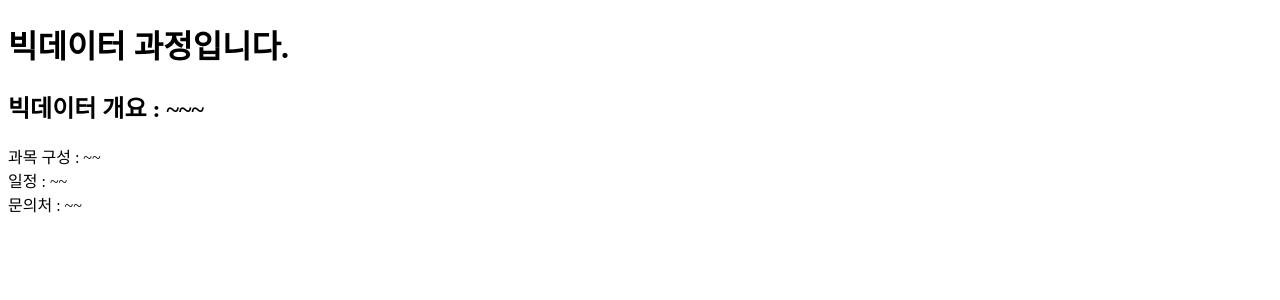
Repository: ybshim90/sesac1
Page: day_20211216_03_hello/src/main/webapp/hello.html
An editor plug-in stored every save of this project. The page is shown before and after the next save, followed by the edit.
The browser window is 1280 px wide. The pictures show the whole page.

Above is the page before, as saved 2021-12-16 07:30:17.

After the next save:
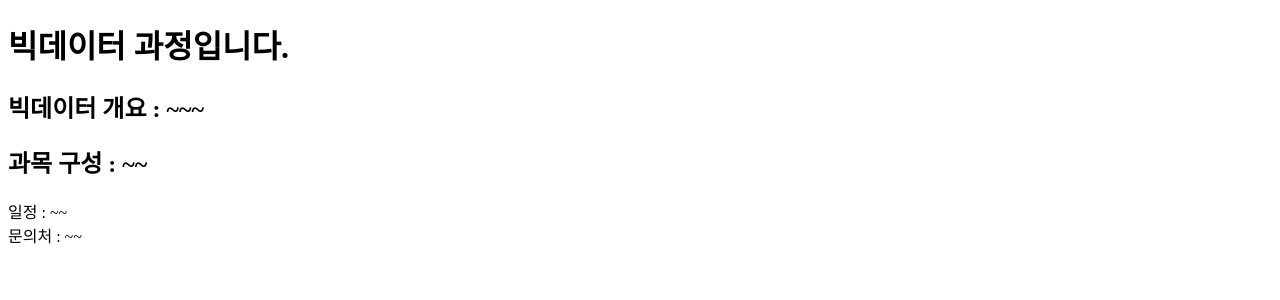
Saved 4 min 36 s later.
--- a/day_20211216_03_hello/src/main/webapp/hello.html
+++ b/day_20211216_03_hello/src/main/webapp/hello.html
@@ -7,7 +7,7 @@
 	<body>
 		<h1>빅데이터 과정입니다.</h1>
 		<h2>빅데이터 개요 : ~~~</h2>
-		과목 구성 : ~~<br>
+		<h2>과목 구성 : ~~</h2>
 		일정 : ~~<br>
 		문의처 : ~~<br>
 
